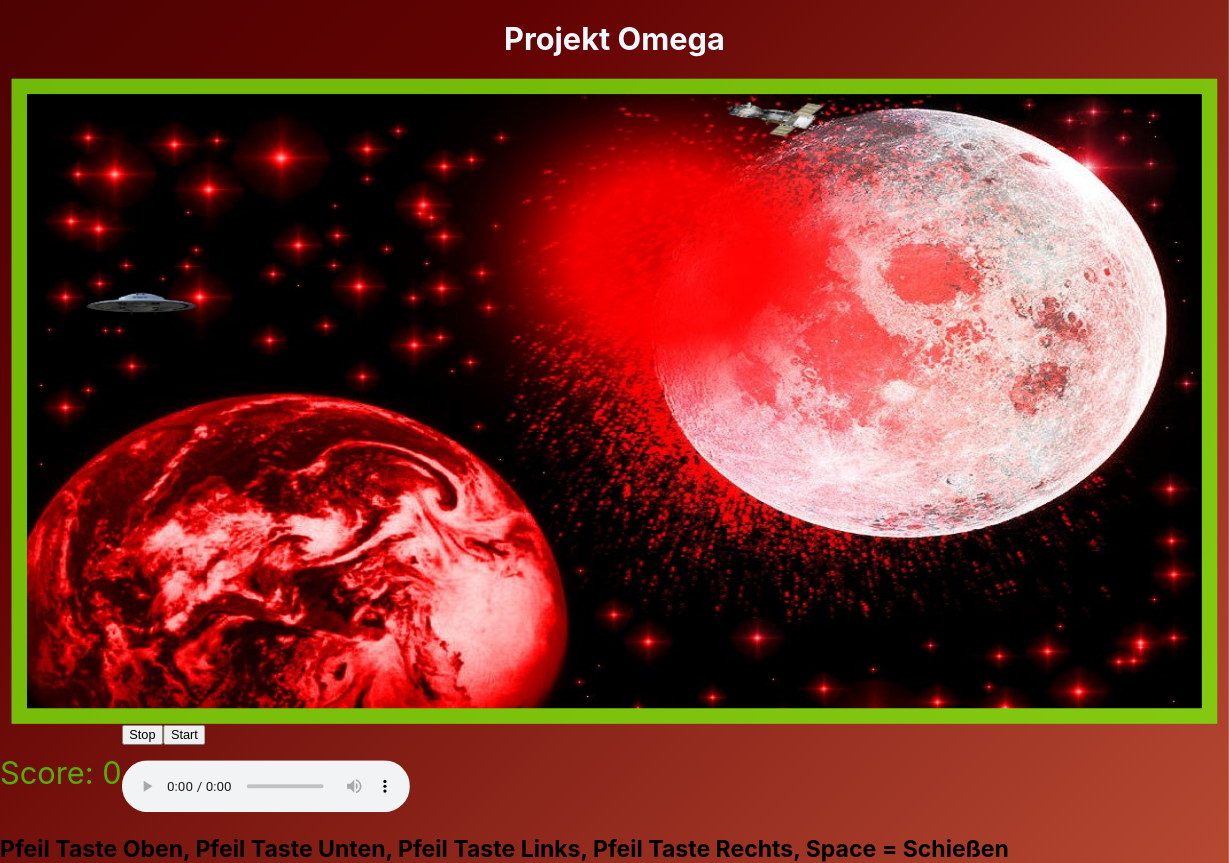
Repository: Der-Metatron/Projekt-Omega-Sprotte
Page: /, after clicking the first element matching `button.startbutton`
These files come from the project's save history. The page is drawn as it stood at one moment and after the next save; the edit follows.
The browser window is 1280 px wide. The pictures show the whole page, at 96% of full size.
The project was rebuilt for these pictures with package versions that can differ from the ones it lists, and the page was loaded fresh each time.

Above is the page before, as saved 2022-06-23 19:06:21.

After the next save:
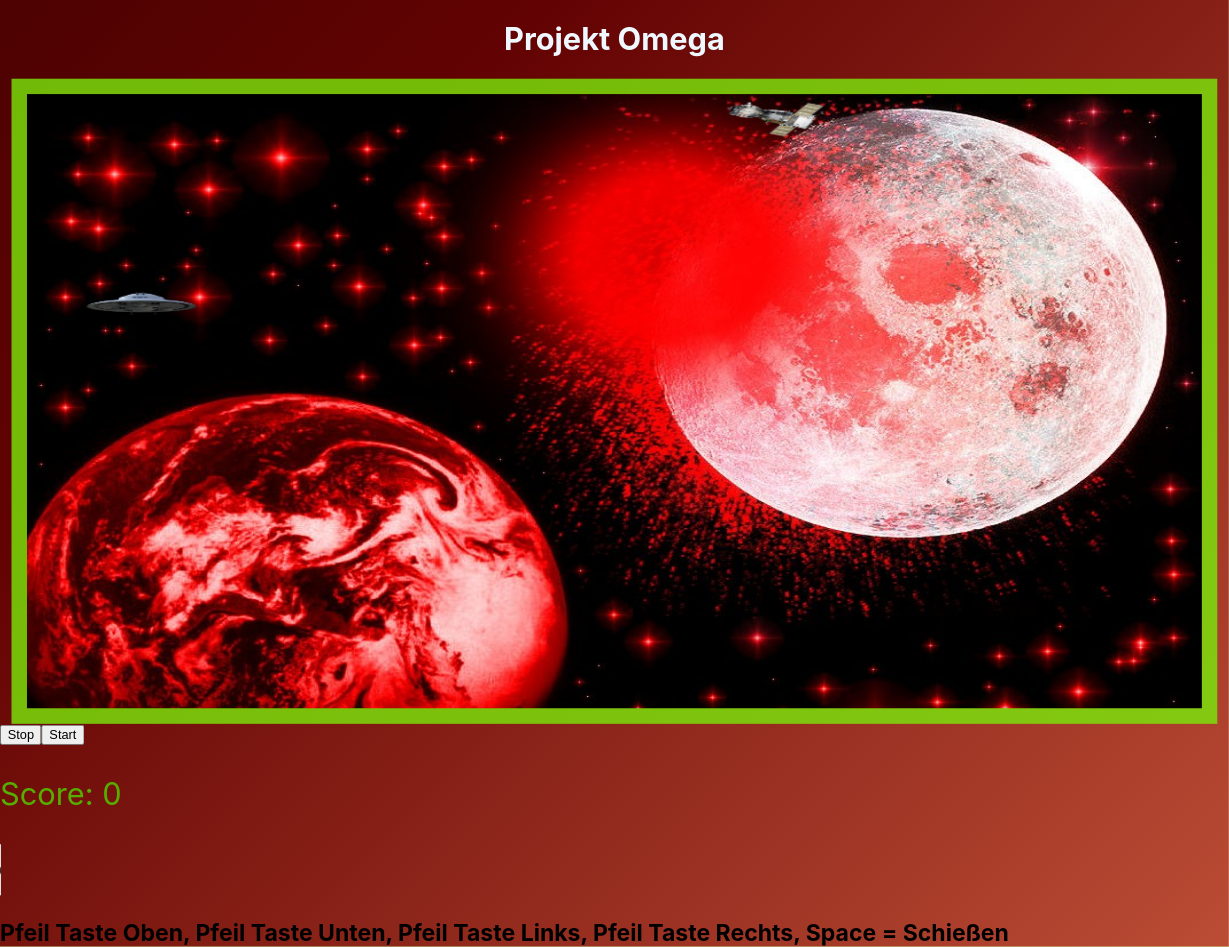
Saved 25 s later.
--- a/src/components/Welcome.css
+++ b/src/components/Welcome.css
@@ -169,6 +169,6 @@
 .punkte {
   color: #56ae00;
   font-size: 2rem;
-  float: left;
+  float: none;
   align-items: center;
 }
